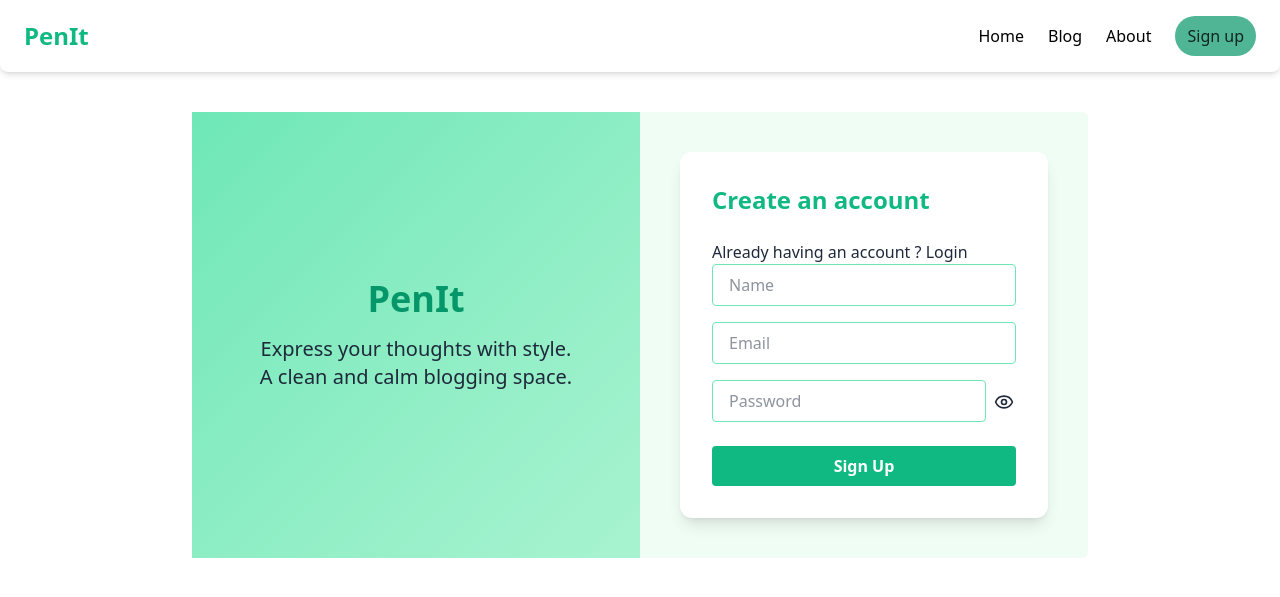
Repository: Mounika-chukkala/PenIt
Page: /signup (app in frontend/)
These files come from the project's save history. The page is drawn as it stood at one moment and after the next save; the edit follows.
The browser window is 1280 px wide. The pictures show the whole page.
The project was rebuilt for these pictures with package versions that can differ from the ones it lists, and the page was loaded fresh each time. Also part of the build but not shown: frontend/vite.config.js, frontend/src/Pages/Login.jsx, frontend/src/components/CreateBlog.jsx.

Above is the page before, as saved 2025-05-20 18:21:01.

After the next save:
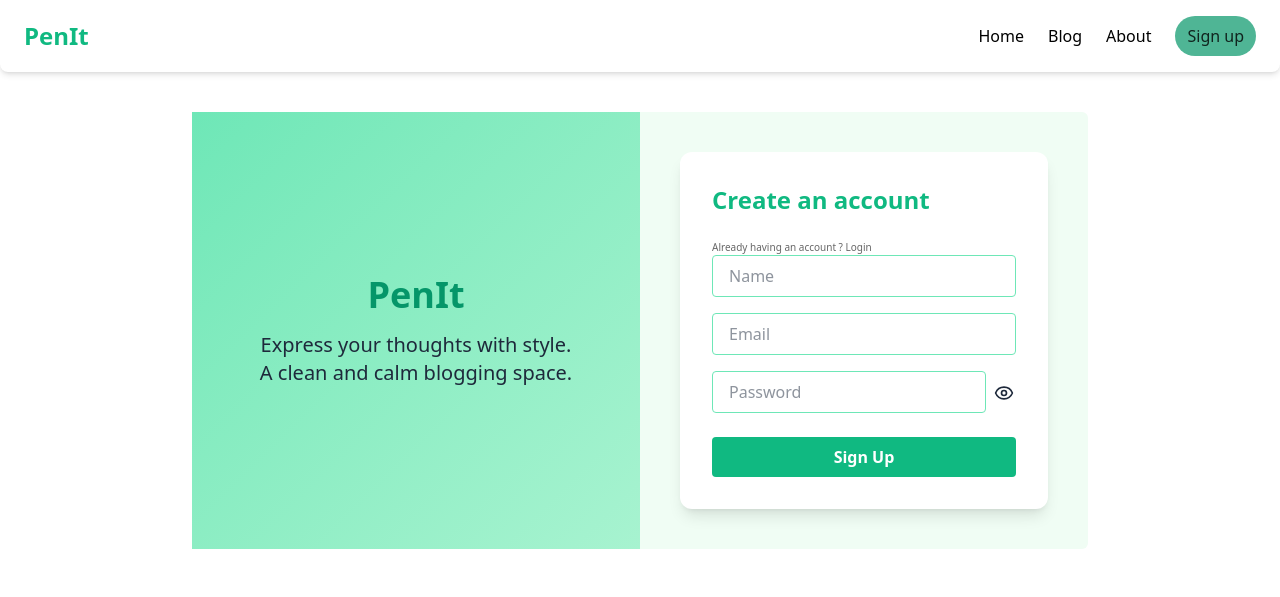
Saved 31 s later.
--- a/frontend/src/Pages/Signup.jsx
+++ b/frontend/src/Pages/Signup.jsx
@@ -47,7 +47,7 @@ alert(res.message)
         <div className="bg-white p-8 rounded-xl shadow-lg w-full max-w-md">
           <h2 className="text-2xl font-bold mb-6 text-[#10B981]">Create an account</h2>
 
-<p>Already having an account ? <Link to="/login">Login</Link></p>
+<p className="text-[10px] text-black/60">Already having an account ? <Link to="/login">Login</Link></p>
           <input
             className="w-full mb-4 px-4 py-2 border border-[#6EE7B7] rounded focus:outline-none focus:ring-2 focus:ring-[#10B981]"
             type="text"
